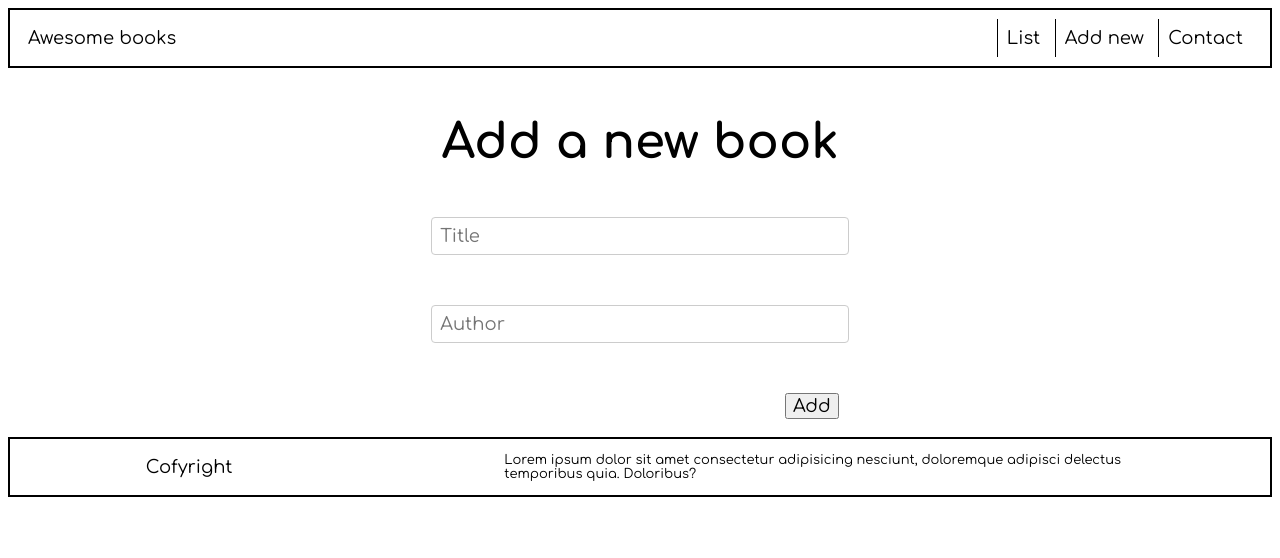
Repository: Salimer/Awesome-books
Page: index.html
These files come from the project's save history. The page is drawn as it stood at one moment and after the next save; the edit follows.
The browser window is 1280 px wide. The pictures show the whole page.
The style sheet was rebuilt from its Sass, Less or Tailwind sources for each picture, by a compiler version that may differ from the author's.

Above is the page before, as saved 2023-04-26 11:55:18.

After the next save:
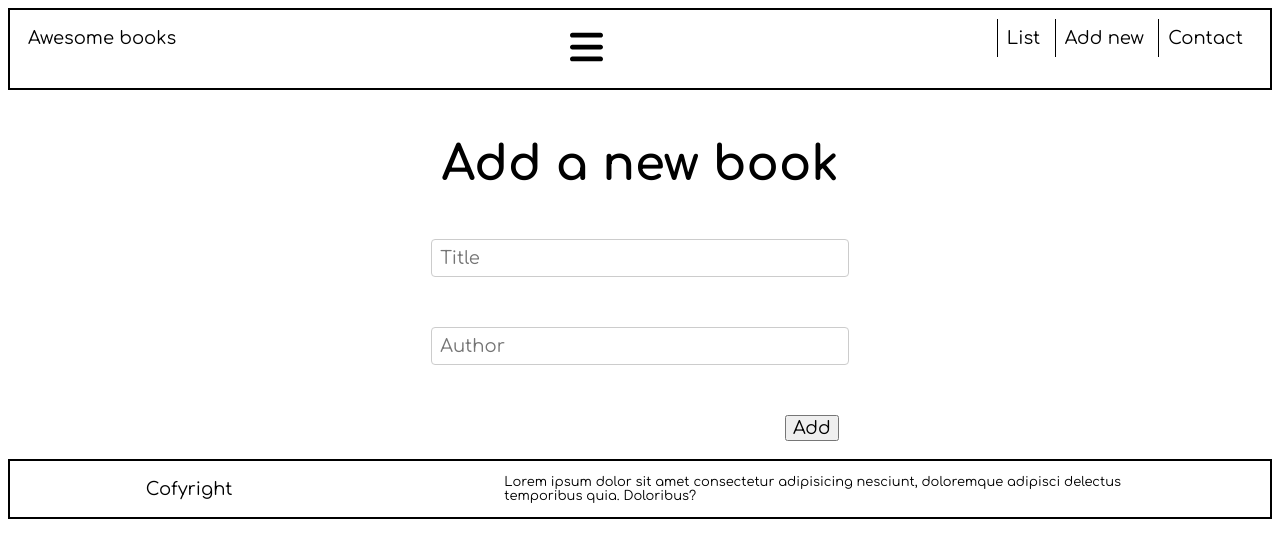
Saved 14 s later.
--- a/style.scss
+++ b/style.scss
@@ -22,6 +22,10 @@
   a {
     text-decoration: none;
     color: black;
+  }
+
+  img {
+    width: 33px
   }
 
   .nav-item {

After the save that followed:
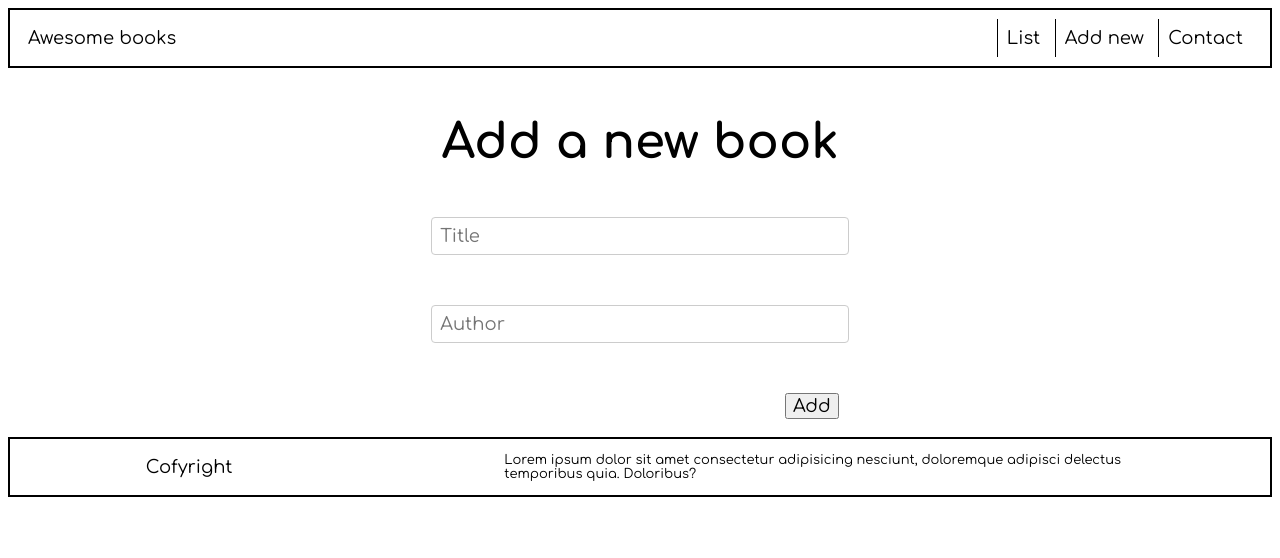
Saved 10 s later.
--- a/style.scss
+++ b/style.scss
@@ -25,7 +25,7 @@
   }
 
   img {
-    width: 33px
+
   }
 
   .nav-item {
